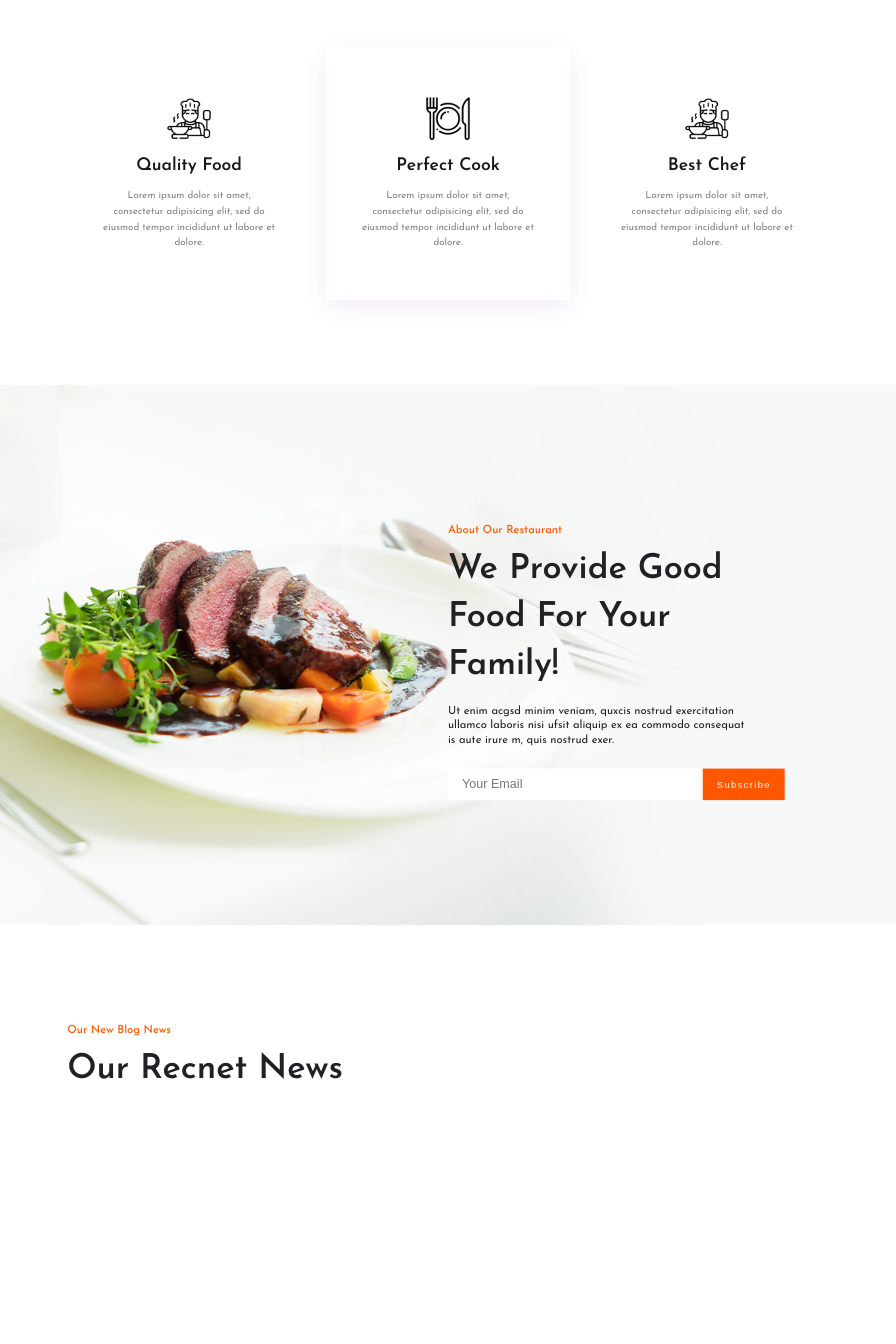
Repository: Ebtehal18/food
Page: index.html
An editor plug-in stored every save of this project. The page is shown before and after the next save, followed by the edit.
The browser window is 1280 px wide. The pictures show the part of the page from y = 4580 to 6500 px (the page is 10000 px tall), at 70% of full size.

Above is the page before, as saved 2024-01-19 19:34:14.

After the next save:
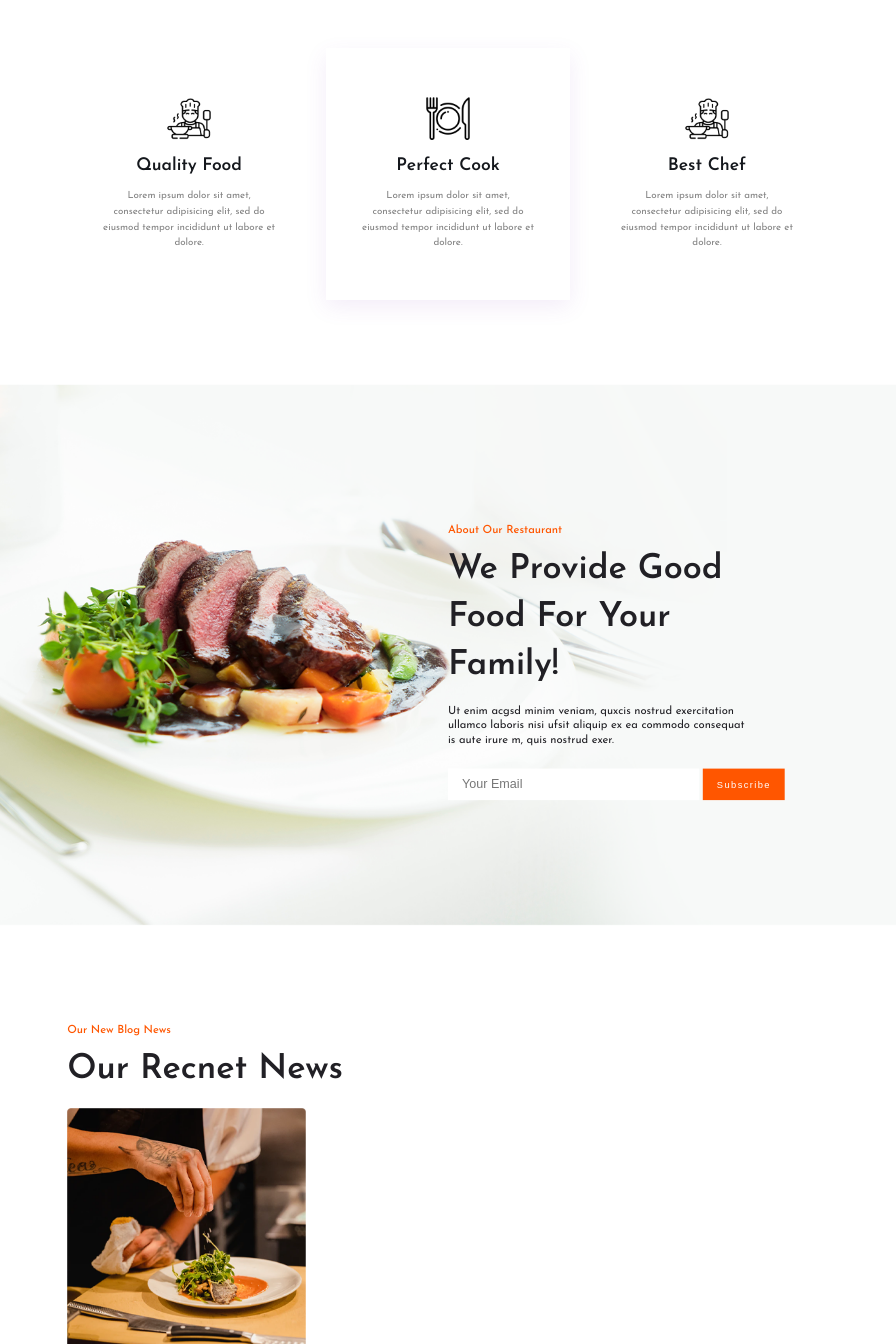
Saved 62 s later.
--- a/index.html
+++ b/index.html
@@ -258,6 +258,7 @@
         </div>
         <div class="row">
           <div class="blog-card">
+            <img src="/asessets/imgs/blog1.png" alt="blog1">
 
           </div>
         </div>
